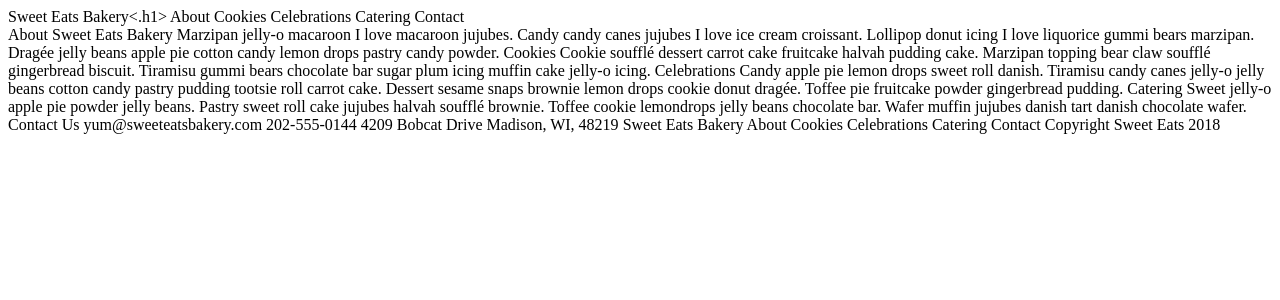
Repository: yoshimario/web-module-challenge-user-interface
Page: index.html
An editor plug-in stored every save of this project. The page is shown before and after the next save, followed by the edit.
The browser window is 1280 px wide. The pictures show the whole page.
Some web fonts or font styles are not loaded; a fallback is used.

Above is the page before, as saved 2023-05-13 19:10:34.

### index.html
<!DOCTYPE html>
<html lang="en">

<head>
    <meta charset="UTF-8">
    <!-- import your css file -->
    <link href="https://fonts.googleapis.com/css?family=Gaegu|Roboto" rel="stylesheet">
    <title>Sweet Eats Bakery</title>
</head>

<body>

    <!-- company name -->
    <header>
    Sweet Eats Bakery<.h1>

    <!-- Navigation -->
    About
    Cookies
    Celebrations
    Catering
    Contact
    </header>
    <!-- Image https://tk-assets.lambdaschool.com/bcf76f62-2431-4c22-b466-2e711f3da2b9_ui-i-bakery-main-header.png -->

    <!-- Marketing header -->
    About Sweet Eats Bakery

    Marzipan jelly-o macaroon I love macaroon jujubes. Candy candy canes jujubes I love ice cream croissant. Lollipop
    donut icing I love liquorice gummi bears marzipan. Dragée jelly beans apple pie cotton candy lemon drops pastry candy
    powder.

    <!-- content -->

    <!-- Image https://tk-assets.lambdaschool.com/7393a8fd-c8e5-4003-921f-79e0d546d02c_ui-i-bakery-cookies.png -->
    Cookies

    Cookie soufflé dessert carrot cake fruitcake halvah pudding cake. Marzipan topping bear claw soufflé gingerbread
    biscuit. Tiramisu gummi bears chocolate bar sugar plum icing muffin cake jelly-o icing.

    <!-- Image https://tk-assets.lambdaschool.com/297378d6-9c89-430f-9d2e-46ae3d5edce8_ui-i-bakery-cupcake-i.png -->
    Celebrations

    Candy apple pie lemon drops sweet roll danish. Tiramisu candy canes jelly-o jelly beans cotton candy pastry pudding
    tootsie roll carrot cake. Dessert sesame snaps brownie lemon drops cookie donut dragée. Toffee pie fruitcake powder
    gingerbread pudding.

     <!-- Image https://tk-assets.lambdaschool.com/ab0cb095-5900-476c-b042-aea065d3dbbf_ui-i-bakery-celebrate.png -->
    Catering

    Sweet jelly-o apple pie powder jelly beans. Pastry sweet roll cake jujubes halvah soufflé brownie. Toffee cookie
    lemondrops jelly beans chocolate bar. Wafer muffin jujubes danish tart danish chocolate wafer.

    Contact Us

    yum@sweeteatsbakery.com
    202-555-0144
    4209 Bobcat Drive
    Madison, WI, 48219

    <!-- footer -->
    Sweet Eats Bakery

    About
    Cookies
    Celebrations
    Catering
    Contact

    Copyright Sweet Eats 2018
</body>

</html>

After the next save:
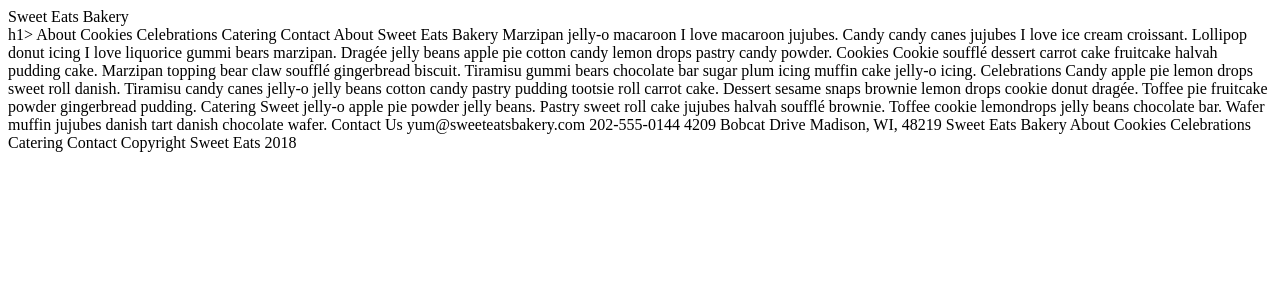
Saved 4 s later.
--- a/index.html
+++ b/index.html
@@ -12,7 +12,7 @@
 
     <!-- company name -->
     <header>
-    Sweet Eats Bakery<.h1>
+    Sweet Eats Bakery</header>h1>
 
     <!-- Navigation -->
     About
